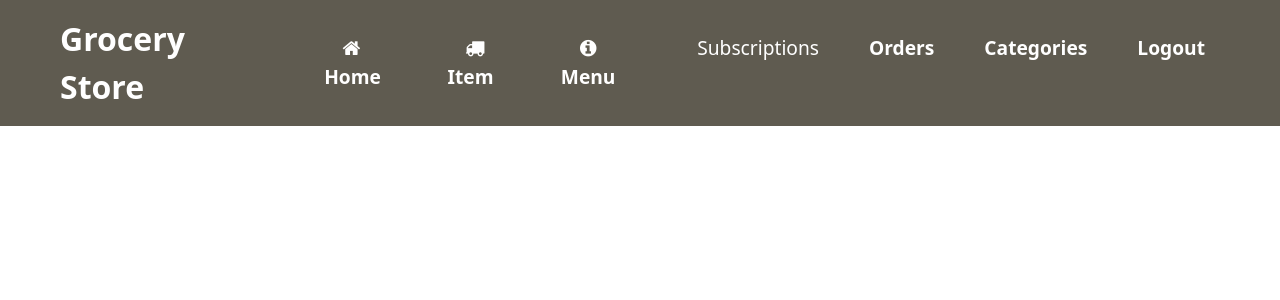
Repository: NagaMounikaY/GroceriesSubscriptionBookingManagement
Page: http://localhost/GroceriesSubBookingSystem/sellerHeader.jsp
The author's editor kept a copy of each file at every save. The page is drawn from the files as they stood at one save, then again after the next save.
The browser window is 1280 px wide. The pictures show the whole page.
The page is served by Tomcat 9.

Above is the page before, as saved 2024-09-15 11:00:51.

After the next save:
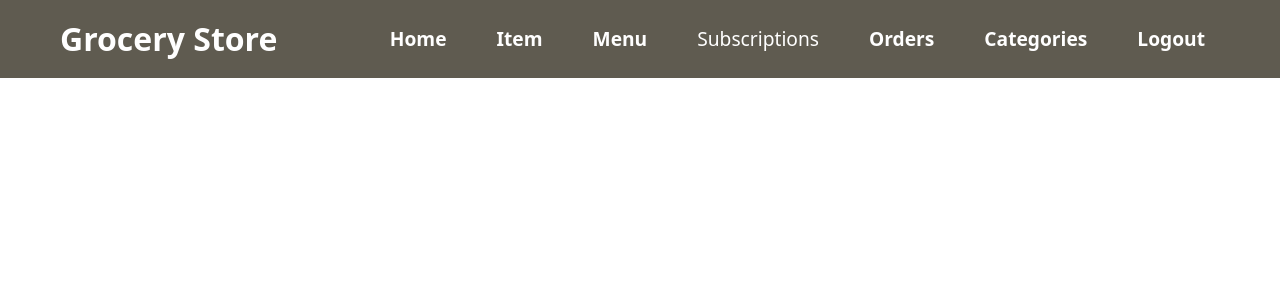
Saved 28 s later.
--- a/GroceriesSubBookingSystem/src/main/webapp/sellerHeader.jsp
+++ b/GroceriesSubBookingSystem/src/main/webapp/sellerHeader.jsp
@@ -69,12 +69,9 @@ header nav ul li a:hover {
 		</div>
 		<nav>
 		<ul>
-			<li><a href="${pageContext.request.contextPath}/home.jsp"><i
-					class="fa fa-fw fa-home"></i><strong>Home</strong></a></li>
-			<li><a href="${pageContext.request.contextPath}/groceries/add"><i
-					class="fa fa-fw fa-truck"></i><strong>Item</strong></a></li>
-			<li><a href="${pageContext.request.contextPath}/groceries/list"><i
-					class="fa fa-fw fa-info-circle"></i><strong>Menu</strong></a></li>
+			<li><a href="${pageContext.request.contextPath}/home.jsp"><strong>Home</strong></a></li>
+			<li><a href="${pageContext.request.contextPath}/groceries/add"><strong>Item</strong></a></li>
+			<li><a href="${pageContext.request.contextPath}/groceries/list"><strong>Menu</strong></a></li>
 			<li><a
 				href="${pageContext.request.contextPath}/subscription/allsubscriptions">Subscriptions</a></li>
 			<li><a href="${pageContext.request.contextPath}/orders/viewOrders"><strong>Orders</strong></a></li>
